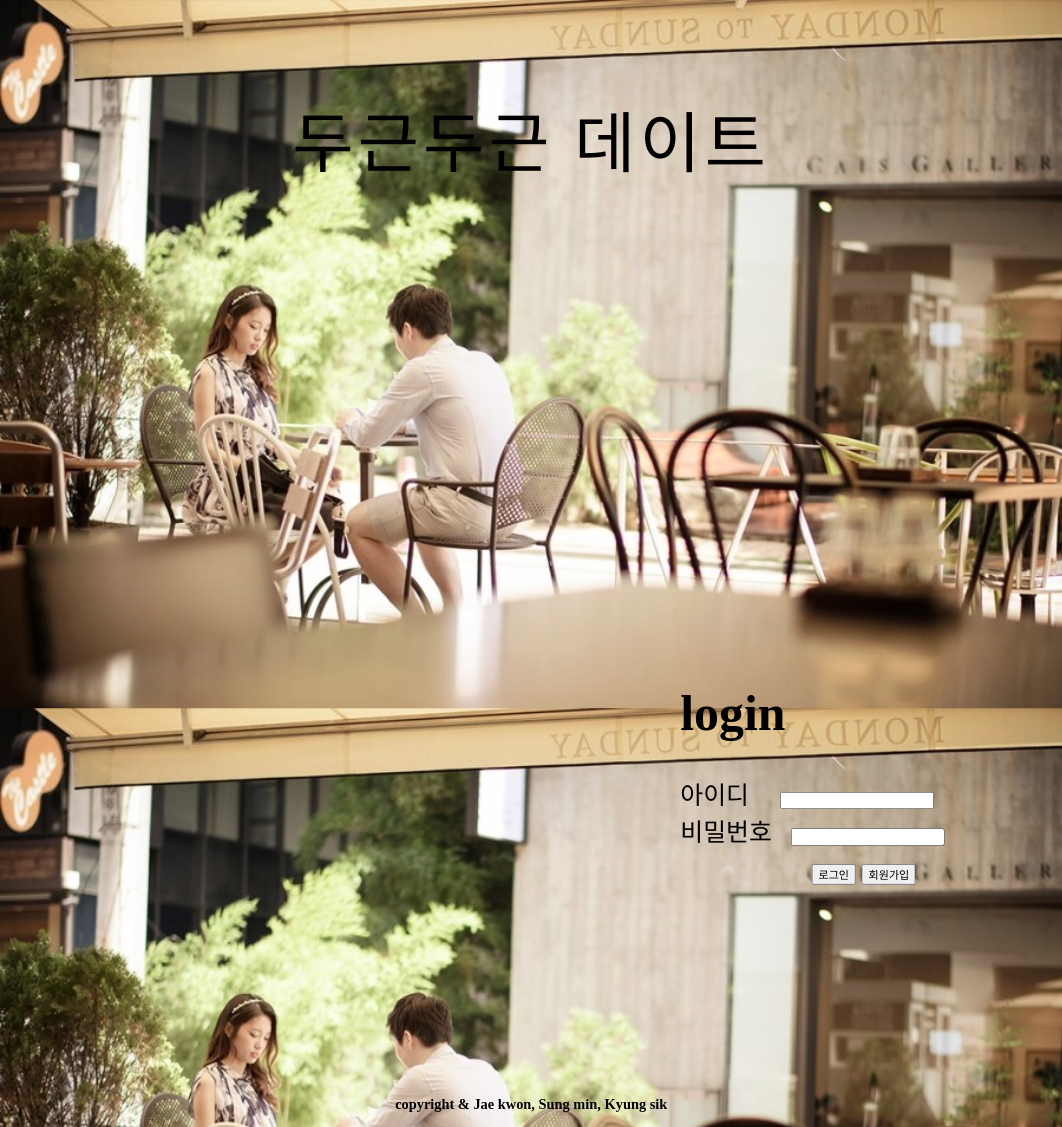
Repository: pinokio531/date_application
Page: http://localhost/doogeunDate/indexPage.jsp
An editor plug-in stored every save of this project. The page is shown before and after the next save, followed by the edit.
The browser window is 1280 px wide. The pictures show the whole page, at 83% of full size.
Some web fonts or font styles are not loaded; a fallback is used. The page is served by Tomcat 9.

Above is the page before, as saved 2019-06-04 09:57:10.

After the next save:
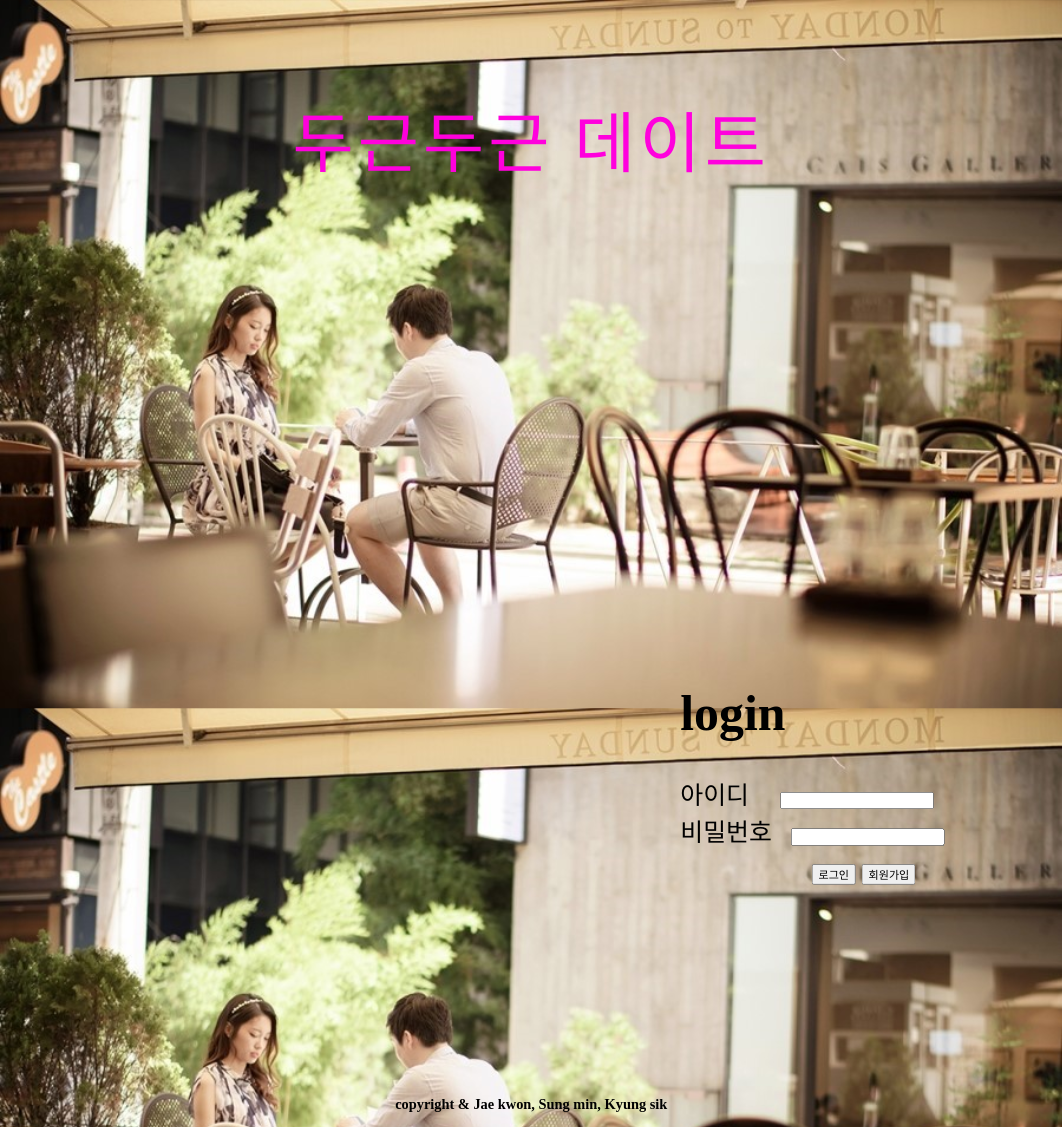
Saved 28 s later.
--- a/doogeunDate/WebContent/style/index.css
+++ b/doogeunDate/WebContent/style/index.css
@@ -9,6 +9,7 @@
     font-family: 'Nanum Brush Script', cursive;
     font-size: 60pt;
     letter-spacing: 5px;
+    color: #FF00DD;
 }
 
 .container{
